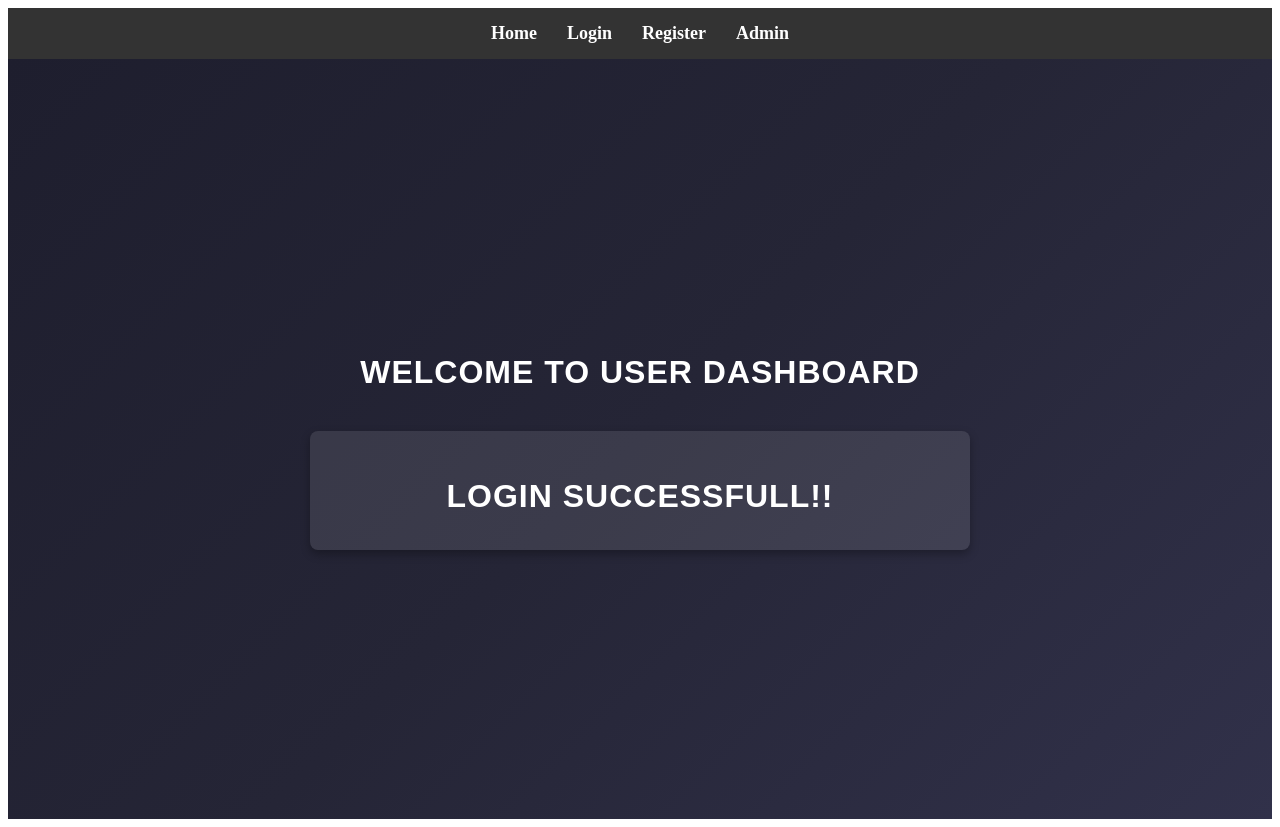
Repository: AhmedIbu/angular-login-app
Page: /user-dashboard (app in angular-login-app/)
The author's editor kept a copy of each file at every save. The page is drawn from the files as they stood at one save, then again after the next save.
The browser window is 1280 px wide. The pictures show the whole page.
The project was rebuilt for these pictures with package versions that can differ from the ones it lists, and the page was loaded fresh each time. Also part of the build but not shown: angular-login-app/angular.json, angular-login-app/src/app/home/home.component.ts, angular-login-app/src/app/login/login.component.ts, angular-login-app/src/app/services/auth.service.ts, angular-login-app/src/app/register/register.component.ts, angular-login-app/src/app/services/user.service.ts, angular-login-app/src/app/admin-dashboard/admin-dashboard.component.ts, angular-login-app/src/app/admin-login/admin-login.component.ts.

Above is the page before, as saved 2025-02-21 11:49:06.

After the next save:
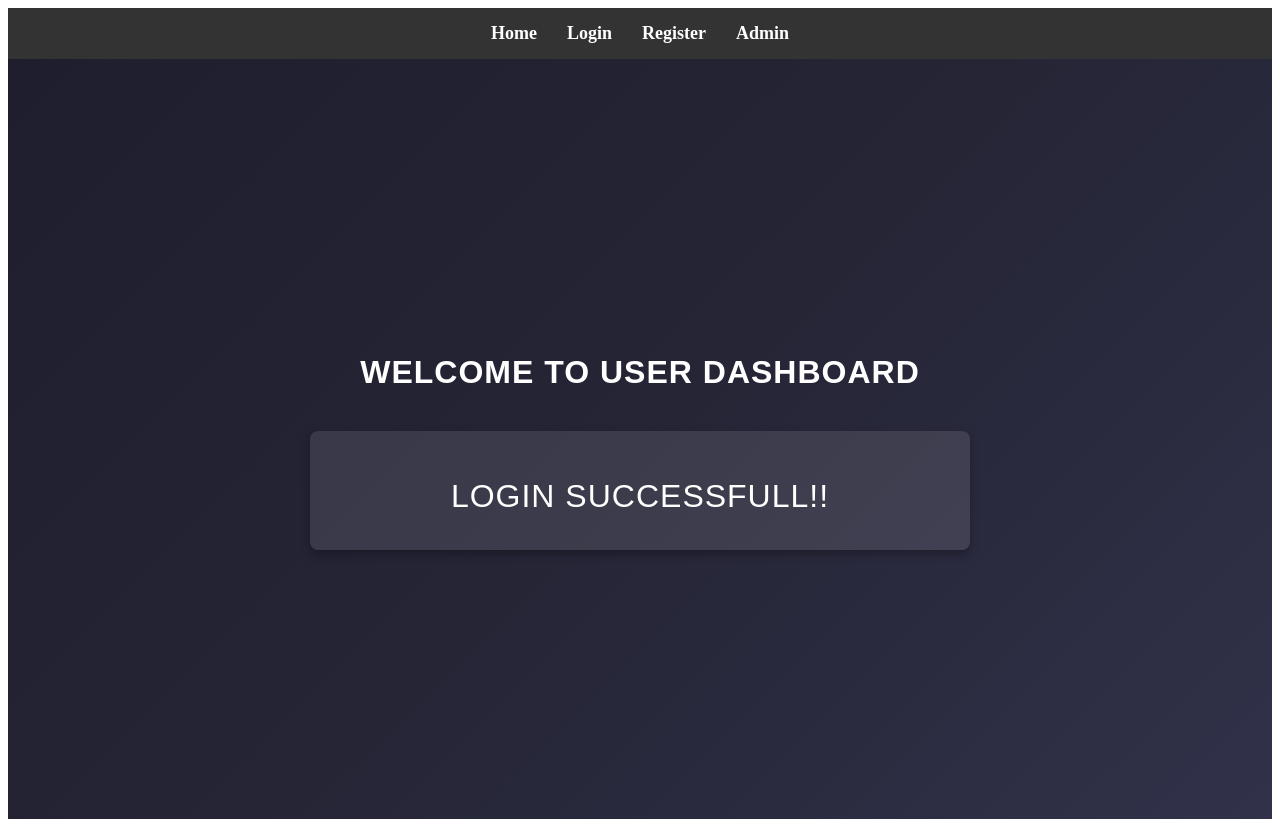
Saved 8 s later.
--- a/angular-login-app/src/app/user-dashboard/user-dashboard.component.css
+++ b/angular-login-app/src/app/user-dashboard/user-dashboard.component.css
@@ -34,7 +34,7 @@
 
 .login-text{
     font-size: 2rem;
-    font-weight: 600;
+    font-weight: 60;
     margin-bottom: 20px;
     text-transform: uppercase;
     letter-spacing: 1px;
